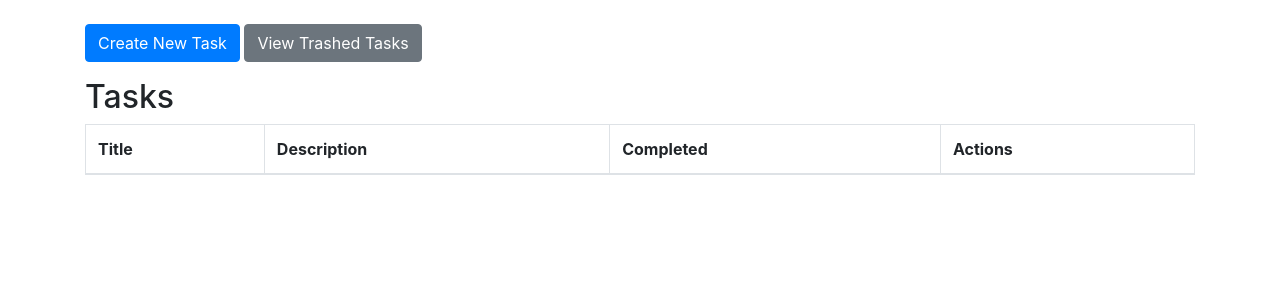
Repository: Abdulahi338/Crude-operation-using-MVC
Page: http://localhost/tasks
An editor plug-in stored every save of this project. The page is shown before and after the next save, followed by the edit.
The browser window is 1280 px wide. The pictures show the whole page.
The page is served by the project's Laravel application, run on PHP 8.4 with Laravel 12. Queries for data that is not in the repository find no rows.

Above is the page before, as saved 2024-09-12 15:20:51.

After the next save:
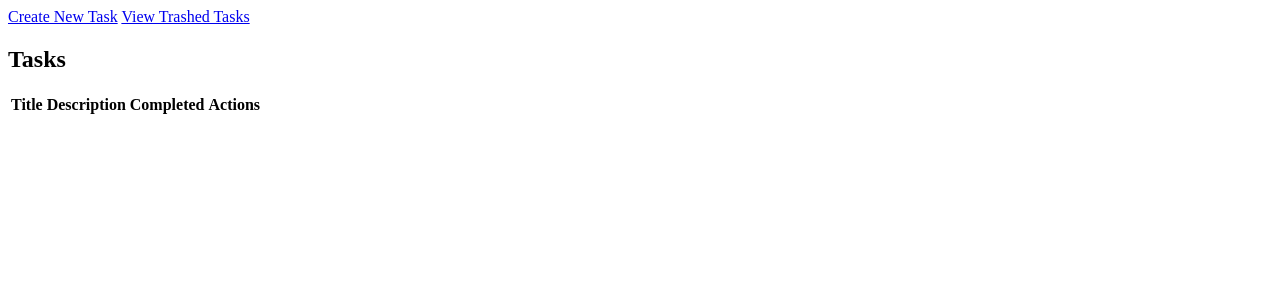
Saved 24 s later.
--- a/resources/views/tasks/index.blade.php
+++ b/resources/views/tasks/index.blade.php
@@ -4,7 +4,7 @@
     <meta charset="UTF-8">
     <meta name="viewport" content="width=device-width, initial-scale=1.0">
     <title>Tasks</title>
-    <link rel="stylesheet" href="https://maxcdn.bootstrapcdn.com/bootstrap/4.0.0/css/bootstrap.min.css">
+    {{-- <link rel="stylesheet" href="https://maxcdn.bootstrapcdn.com/bootstrap/4.0.0/css/bootstrap.min.css"> --}}
 </head>
 <body>
     <div class="container mt-4">
